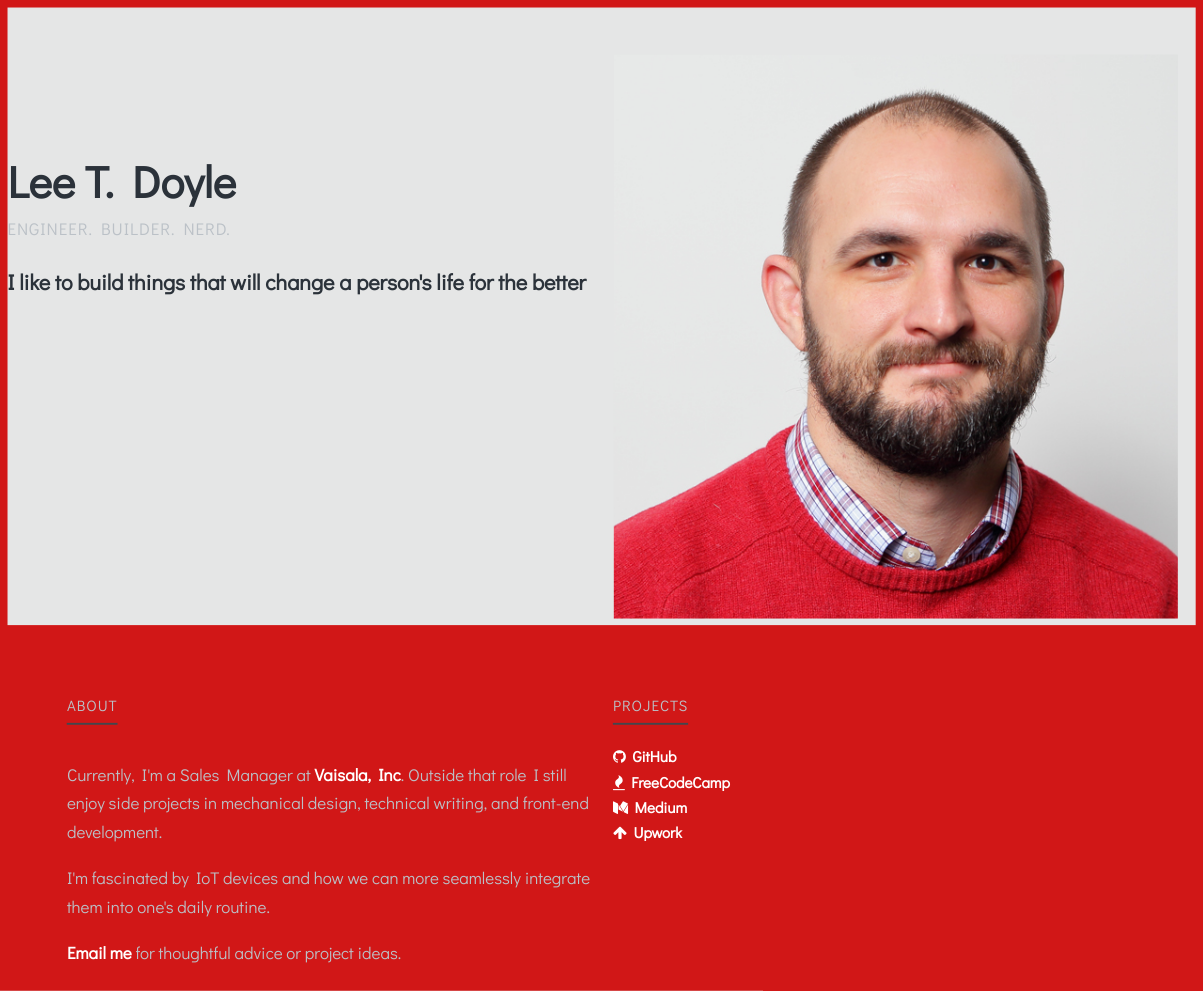
Repository: ldoyle0/ldoyle0.github.io
Page: index.html
The author's editor kept a record of every edit. The page is drawn from the files as they stood at one moment, then again after the next edit.
The browser window is 1280 px wide. The pictures show the whole page, at 94% of full size.
Some web libraries are served in a nearby version.

Above is the page before.

### index.html
<!DOCTYPE html>
<html lang="en">

<head>

<!-- Styles -->
<link href="https://fonts.googleapis.com/css?family=Didact+Gothic" rel="stylesheet">
<link href="https://maxcdn.bootstrapcdn.com/font-awesome/4.4.0/css/font-awesome.min.css" rel="stylesheet">
<link href="./css/style.css" rel="stylesheet">

</head>

<body>
    <div class="title">
    <div class="container">
        <div class="row-fluid">
            <div class="span6 left">
                <h1>Lee T. Doyle</h1>
                <h2>Engineer. Builder. Nerd.</h2>
                <h3>I like to build things that will change a person's life for the better</h3>
            </div>
            <div class="span6 right">
                <img src="./img/LED.jpg">
            </div>
        </div>
    </div>
    </div>

<footer>
    <div class="container about offset">
        <div class="row-fluid">
            <div class="span6">
                <h4>About</h4>
                <p>
                    Currently, I'm a Sales Manager at <a href="http://www.vaisala.com/en/Pages/default.aspx">Vaisala, Inc</a>.
                    Outside that role I still enjoy side projects in mechanical design, technical writing, and
                    front-end development.
                </p>
                <p>
                    I'm fascinated by IoT devices and how we can more seamlessly integrate them into one's daily routine.
                </p>
                <p>
                    <a href="mailto:ldoyle0@gmail.com">Email me</a> for thoughtful advice or project ideas.
                </p>
            </div>
            <div class="span6">
                <h4>Projects</h4>
                <ul>
                    <li><a href="https://github.com/ldoyle0"><i class="fa fa-github"></i>GitHub</a></li>
                    <li><a href="https://www.freecodecamp.org/ldoyle0"><i class="fa fa-fire"></i>FreeCodeCamp</a></li>
                    <li><a href="https://medium.com/@leetdoyle"><i class="fa fa-medium"></i>Medium</a></li>
                    <li><a href="https://www.upwork.com/o/profiles/users/_~01666dd24ce2e08ba3/"><i class="fa fa-arrow-up"></i>Upwork</a></li>
                </ul>
            </div>
        </div>
    </div>
</footer>

</body>

</html>

### css/style.css
@import "bootstrap-responsive.css"

/*
color scheme
#d11717 - red
#17d1d1 - blue-green
#74d117 - green
*/

/* General */

html {
  height: 100%;
}

body {
  color: #bbc1c7;
  background-color: #d11717;
  font-family: 'Didact Gothic', Arial, sans-serif;
  font-weight: 400;
  line-height: 1.7;
}

div {
  display: block;
}

h1,
h2,
h3 {
  line-height: 40px;
}

h1 {
  font-size: 47px;
  font-weight: 700;
  color: #2b323a;
  margin: 0 0 10px 0;
}
h2 {
  font-size: 18px;
  text-transform: uppercase;
  font-weight: 400;
  letter-spacing: 1px;
  margin: 0;
}
h3 {
  font-size: 23px;
  color: #2b323a;
  line-height: 1.5;
  margin: 20px 0 0 0;
}
h4 {
  display: inline-block;
  text-transform: uppercase;
  font-size: 16px;
  font-weight: 400;
  letter-spacing: 1px;
  border-bottom: 2px solid #41474e;
  padding-bottom: 5px;
  margin-bottom: 20px;
}

div i {
    margin-right: 7px;
}

p {
  font-size: 18px;
}

.title {
    background-color: #e5e6e6;
}

@media only screen and (min-width: 1200px) {
  .title {
    min-height: 492px;
  }
}
.title .left {
  padding-top: 165px;
  padding-bottom: 125px;
}
@media only screen and (max-width: 767px) {
  .title .left {
    padding-top: 30px;
    padding-bottom: 0;
  }
}
@media only screen and (min-width: 768px) and (max-width: 991px) {
  .title .left {
    padding-top: 80px;
    padding-bottom: 0;
  }
}
.title .right {
  padding-top: 50px;
}
@media only screen and (max-width: 767px) {
  .title h2 {
    font-size: 16px;
  }
}
.title h2 em {
  padding-left: 5px;
  padding-right: 5px;
}
@media only screen and (max-width: 767px) {
  .title h2 em {
    padding-left: 0;
    padding-right: 0;
    font-size: 16px;
  }
}

img {
  max-width: 100%;
}

.img-circle {
  -webkit-border-radius: 500px;
     -moz-border-radius: 500px;
          border-radius: 500px;
}

.row-fluid {
  width: 100%;
  *zoom: 1;
}

.row-fluid:before,
.row-fluid:after {
  display: table;
  line-height: 0;
  content: "";
}

.row-fluid:after {
  clear: both;
}

.row-fluid [class*="span"] {
  display: block;
  float: left;
  width: 100%;
  min-height: 30px;
  margin-left: 2.127659574468085%;
  *margin-left: 2.074468085106383%;
  -webkit-box-sizing: border-box;
     -moz-box-sizing: border-box;
          box-sizing: border-box;
}

.row-fluid [class*="span"]:first-child {
  margin-left: 0;
}

.row-fluid .span8 {
  width: 65.95744680851064%;
  *width: 65.90425531914893%;
}

.row-fluid .span6 {
  width: 48.93617021276595%;
  *width: 48.88297872340425%;
}

.row-fluid .span4 {
  width: 31.914893617021278%;
  *width: 31.861702127659576%;
}

.row-fluid .span3 {
  width: 23.404255319148934%;
  *width: 23.351063829787233%;
}

.offset {
  padding-left: 5%;
  padding-right: 5%;
}

footer ul,
footer ul li {
  list-style-type: none;
  margin: 0;
  padding: 0;
}

a,
a:visited {
  text-decoration: none;
  font-weight: 600;
  color: white;
}
a:hover,
a:focus,
a:active {
  color: white;
  border-bottom: 1px solid white;
  padding-bottom: 5px;
}

footer {
  padding-top: 50px;
  padding-bottom: 0;
  margin-bottom: 0;
}

After the next edit:
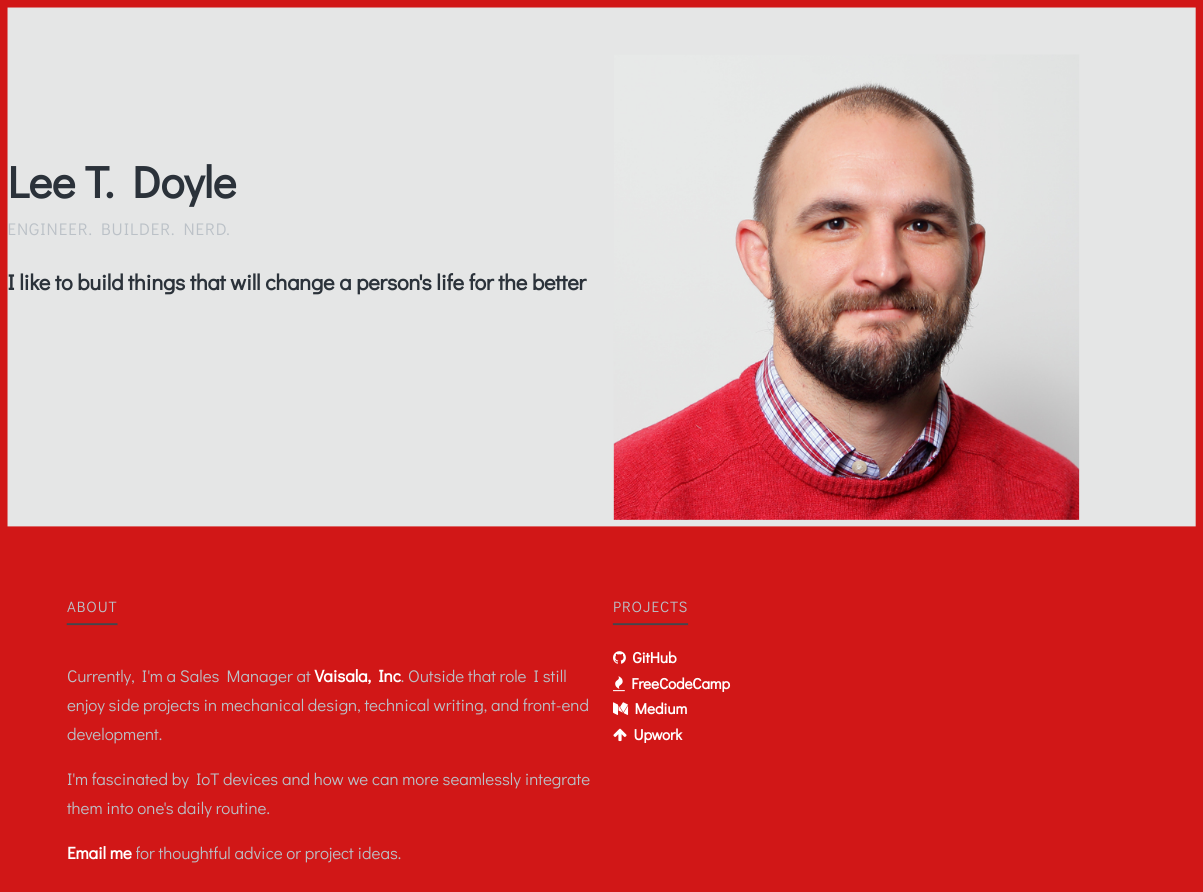
The edit:
--- a/css/style.css
+++ b/css/style.css
@@ -115,7 +115,7 @@
 }
 
 img {
-  max-width: 100%;
+  max-width: 80%;
 }
 
 .img-circle {
